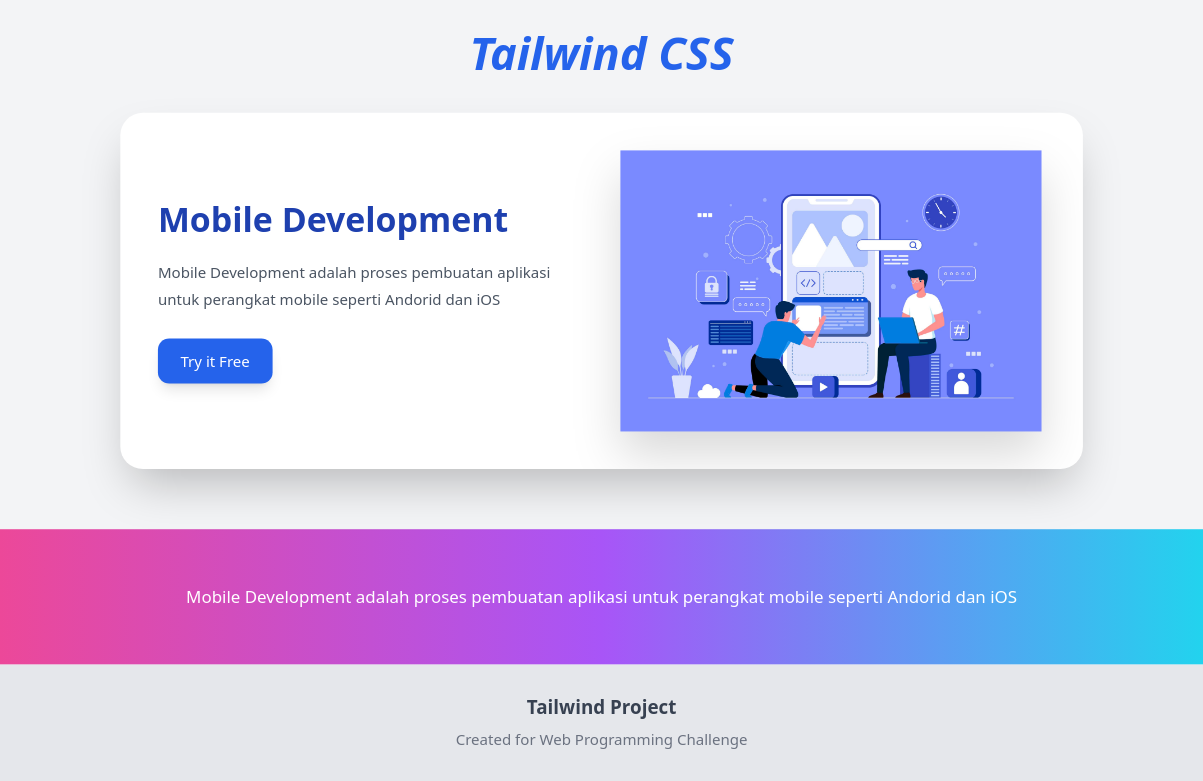
Repository: razitazhr/Pertemuan-6_24.116194
Page: Tailwind/Tailwind.html
The author's editor kept a copy of each file at every save. The page is drawn from the files as they stood at one save, then again after the next save.
The browser window is 1280 px wide. The pictures show the whole page, at 94% of full size.
Some web libraries are served in a nearby version.

Above is the page before, as saved 2026-05-10 22:12:31.

After the next save:
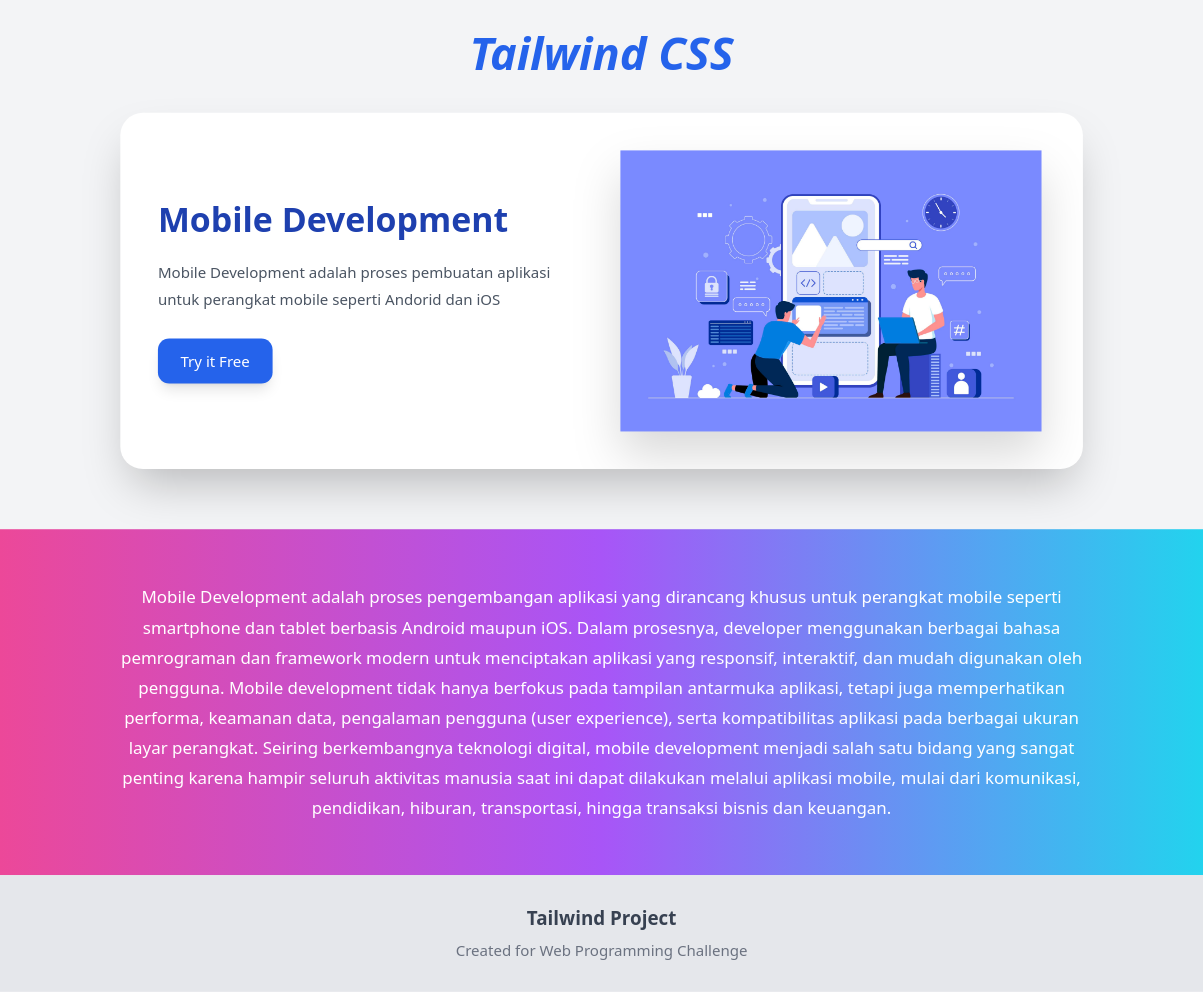
Saved 2 min 14 s later.
--- a/Tailwind/Tailwind.html
+++ b/Tailwind/Tailwind.html
@@ -35,7 +35,7 @@
     <div class="mt-16 bg-gradient-to-r from-pink-500 via-purple-500 to-cyan-400 py-14 px-8">
         <div class="max-w-5xl mx-auto text-center text-white">
             <p class="leading-8 text-lg">
-                Mobile Development adalah proses pembuatan aplikasi untuk perangkat mobile seperti Andorid dan iOS
+                Mobile Development adalah proses pengembangan aplikasi yang dirancang khusus untuk perangkat mobile seperti smartphone dan tablet berbasis Android maupun iOS. Dalam prosesnya, developer menggunakan berbagai bahasa pemrograman dan framework modern untuk menciptakan aplikasi yang responsif, interaktif, dan mudah digunakan oleh pengguna. Mobile development tidak hanya berfokus pada tampilan antarmuka aplikasi, tetapi juga memperhatikan performa, keamanan data, pengalaman pengguna (user experience), serta kompatibilitas aplikasi pada berbagai ukuran layar perangkat. Seiring berkembangnya teknologi digital, mobile development menjadi salah satu bidang yang sangat penting karena hampir seluruh aktivitas manusia saat ini dapat dilakukan melalui aplikasi mobile, mulai dari komunikasi, pendidikan, hiburan, transportasi, hingga transaksi bisnis dan keuangan.
             </p>
         </div>
     </div>
